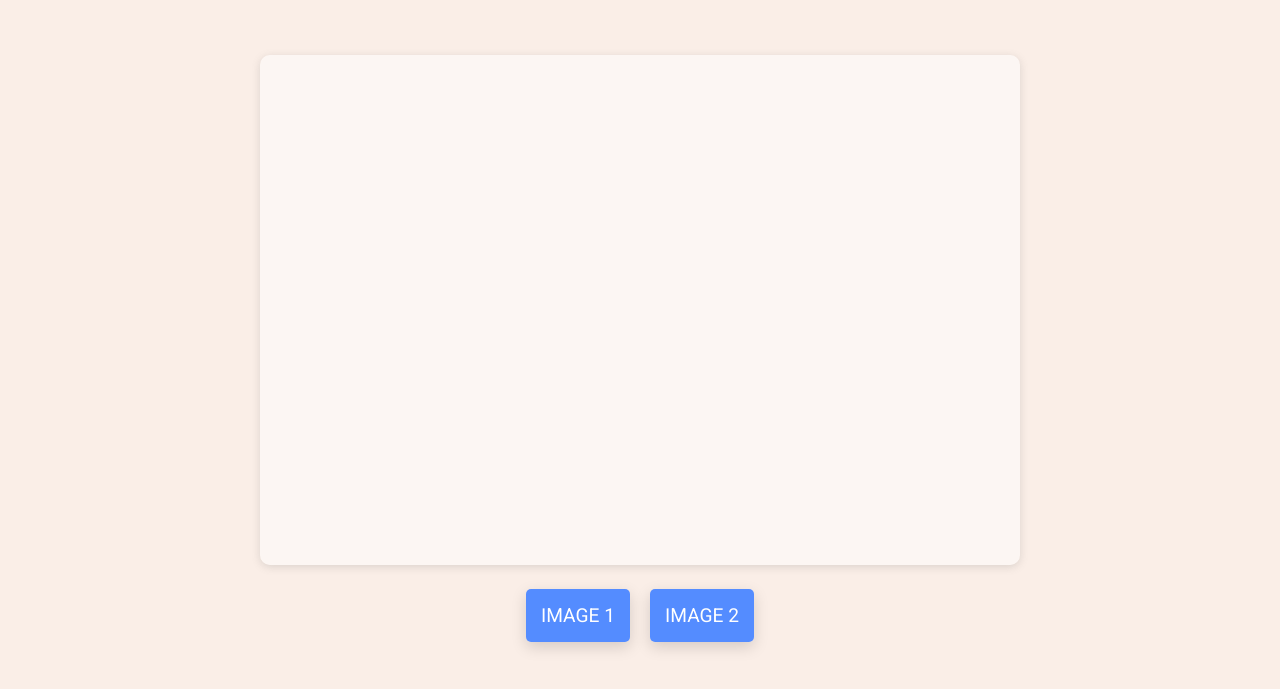
Repository: Lucas-Cassan/img-assembler
Page: / (app in frontend/)
An editor plug-in stored every save of this project. The page is shown before and after the next save, followed by the edit.
The browser window is 1280 px wide. The pictures show the whole page.
The project was rebuilt for these pictures with package versions that can differ from the ones it lists, and the page was loaded fresh each time.

Above is the page before, as saved 2022-02-02 15:34:56.

### frontend/src/index.js
import React from "react";
import ReactDOM from "react-dom";
import "./styles/index.scss";
import App from "./App";

ReactDOM.render(
  <React.StrictMode>
    <App />
  </React.StrictMode>,
  document.getElementById("root"),
);

### frontend/src/styles/index.scss
@import url('https://fonts.googleapis.com/css2?family=Roboto:wght@400;700&display=swap');

html{
    padding: 0;
    margin: 0;

    body{
        padding: 0;
        margin: 0;
        width: 100vw;
        height: 100vh;
        overflow: hidden;
        background-color: #FAEEE7;

        #root{
            width: 100%;
            height: 100%;
            display: flex;
            justify-content: center;
            align-items: center;
            flex-direction: column;

            #image{
                width: 750Px;
                padding: 5px;
                height: 500px;
                background-color: rgba($color: #FFF, $alpha: .5);
                border-radius: 10px;
                box-shadow: rgba(99, 99, 99, 0.2) 0px 2px 8px 0px;
                overflow: hidden;
            }
            #form{
                height: 100px;
                display: flex;
                justify-content: center;
                align-items: center;
                width: 100%;

                input{
                    display: none;
                }
                label{
                    box-shadow: rgba(0, 0, 0, 0.15) 0px 5px 15px 0px;
                    cursor: pointer;
                    margin: 10px;
                    padding: 15px;
                    font-size: 1.2em;
                    background-color: #548CFF;
                    color: white;
                    border-radius: 5px;
                    font-family: 'Roboto', sans-serif;
                    text-transform: uppercase;

                }
            }
        }

    }
}

### frontend/src/App.js
import React from "react";
import Fusiooooon from "./pages/Fusiooooon";

const App = () => {
  return (
    <>
      <Fusiooooon />
    </>
  );
};

export default App;

### frontend/src/pages/Fusiooooon.js
import React, { useState } from "react";
import axios from "axios";

const Fusiooooon = () => {
  const [file1, setFile1] = useState();
  const [file2, setFile2] = useState();

  const handleSubmit = (e) => {
    e.preventDefault();

    console.log(file1);
    const data = new FormData();
    data.append("file", file1);

    axios({
      method: "post",
      url: `http://localhost:5000/img/merge`,
      data,
    })
      .then((res) => console.log(res))
      .catch((err) => console.log(err));
  };

  const handleSubmit2 = (e) => {
    e.preventDefault();

    console.log(file1);
    const data = new FormData();
    data.append("file", file2);

    axios({
      method: "post",
      url: `http://localhost:5000/img/merge`,
      data,
    })
      .then((res) => console.log(res))
      .catch((err) => console.log(err));
  };

  return (
    <>
      <div id="image"></div>
      <div id="form">
        <form action="" onSubmit={handleSubmit}>
          <label htmlFor="image1">Image 1</label>
          <input
            type="file"
            name="image1"
            id="image1"
            accept=".jpg, .jpeg, .png"
            onChange={(e) => setFile1(e.target.image1[0])}
          />
          <input type="submit" value="enregistrer" />
        </form>
        <form action="" onSubmit={handleSubmit2}>
          <label htmlFor="image2">Image 2</label>
          <input
            type="file"
            name="image2"
            id="image2"
            accept=".jpg, .jpeg, .png"
            onChange={(e) => setFile2(e.target.image2[0])}
          />
          <input type="submit" value="enregistrer" />
        </form>
      </div>
    </>
  );
};

export default Fusiooooon;

Loaded but not shown: frontend/public/index.html (common file)

After the next save:
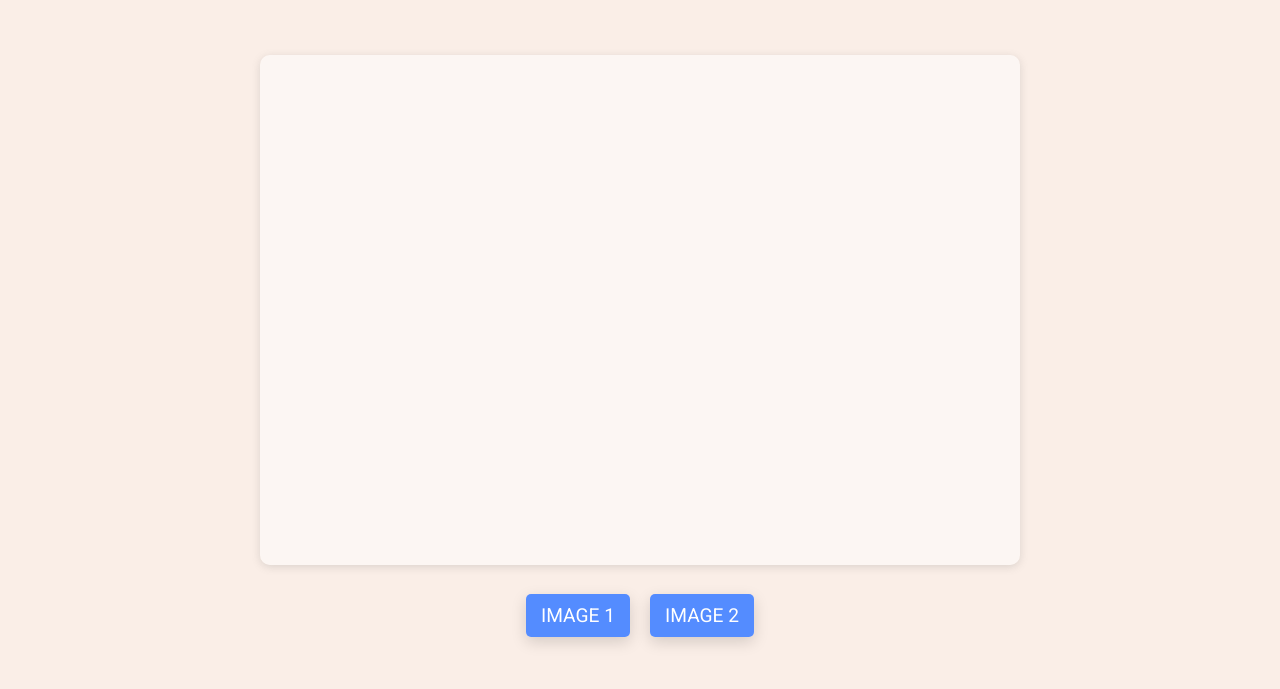
Saved 5 s later.
--- a/frontend/src/styles/index.scss
+++ b/frontend/src/styles/index.scss
@@ -43,7 +43,7 @@ html{
                     box-shadow: rgba(0, 0, 0, 0.15) 0px 5px 15px 0px;
                     cursor: pointer;
                     margin: 10px;
-                    padding: 15px;
+                    padding: 10px 15px;
                     font-size: 1.2em;
                     background-color: #548CFF;
                     color: white;
